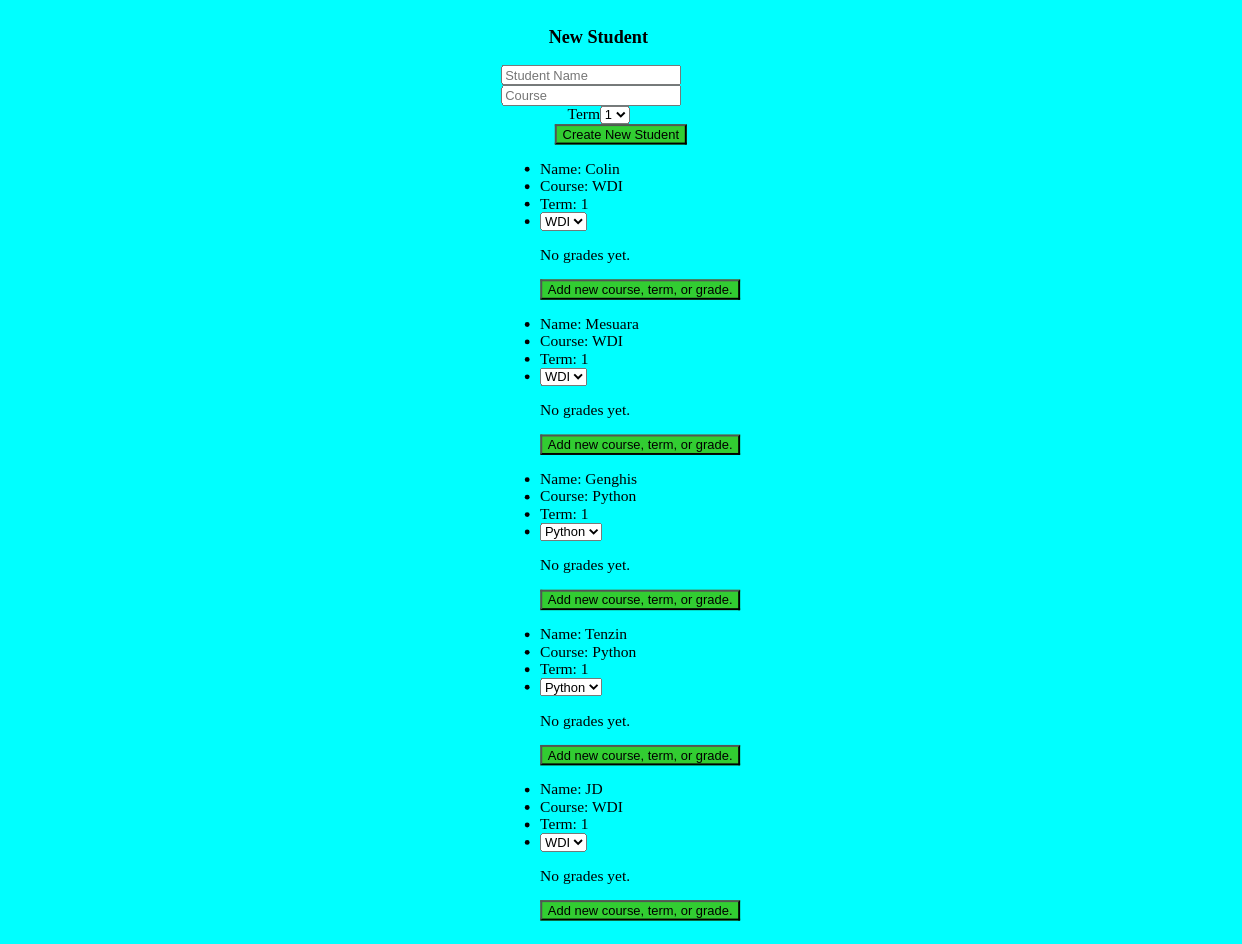
Repository: EdmontDantes/graderaide-ui
Page: index.html
These files come from the project's save history. The page is drawn as it stood at one moment and after the next save; the edit follows.
The browser window is 1280 px wide. The pictures show the whole page, at 97% of full size.

Above is the page before, as saved 2020-04-21 14:33:19.

After the next save:
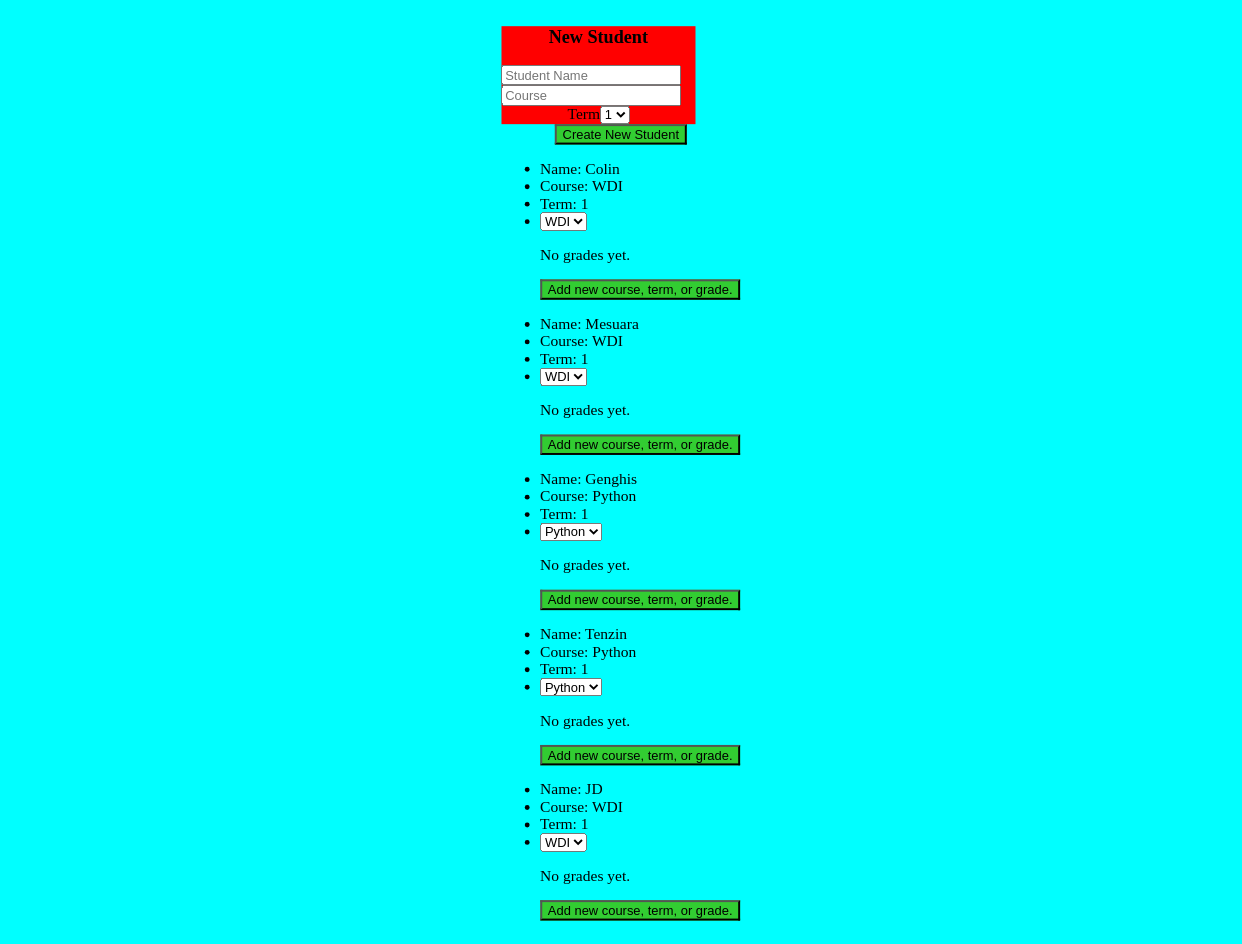
Saved 4 s later.
--- a/style.css
+++ b/style.css
@@ -26,7 +26,7 @@ body {
 
 .new-student-input {
     width: 200px;
-    background-color:
+    background-color: red;
 
 }
 button {
